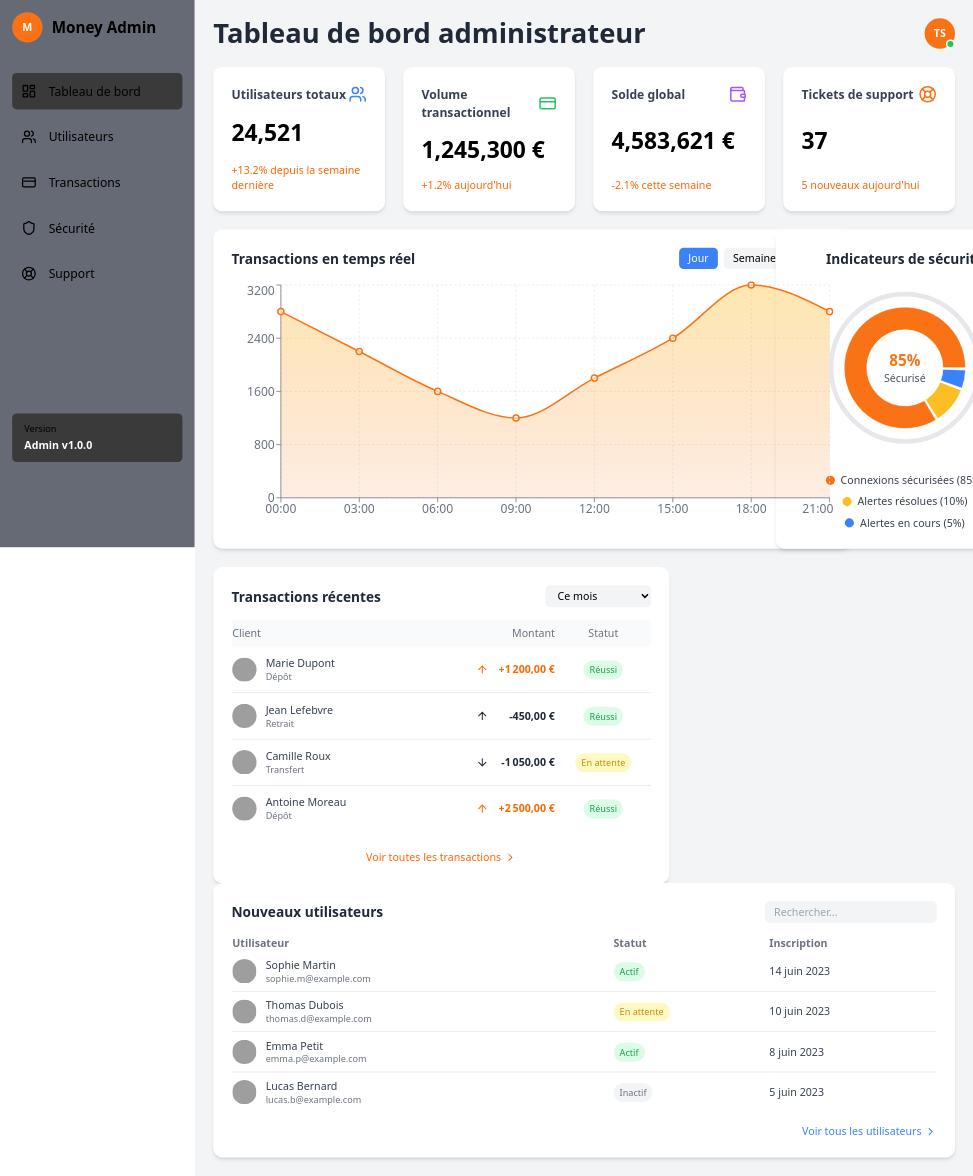
Repository: Edongo999/Dashboard
Page: /
These files come from the project's save history. The page is drawn as it stood at one moment and after the next save; the edit follows.
The browser window is 1280 px wide. The pictures show the whole page, at 76% of full size.
Pictures or frames that could not be fetched are drawn as grey boxes. The project was rebuilt for these pictures with package versions that can differ from the ones it lists, and the page was loaded fresh each time. Also part of the build but not shown: vite.config.ts.

Above is the page before, as saved 2025-10-14 12:32:05.

After the next save:
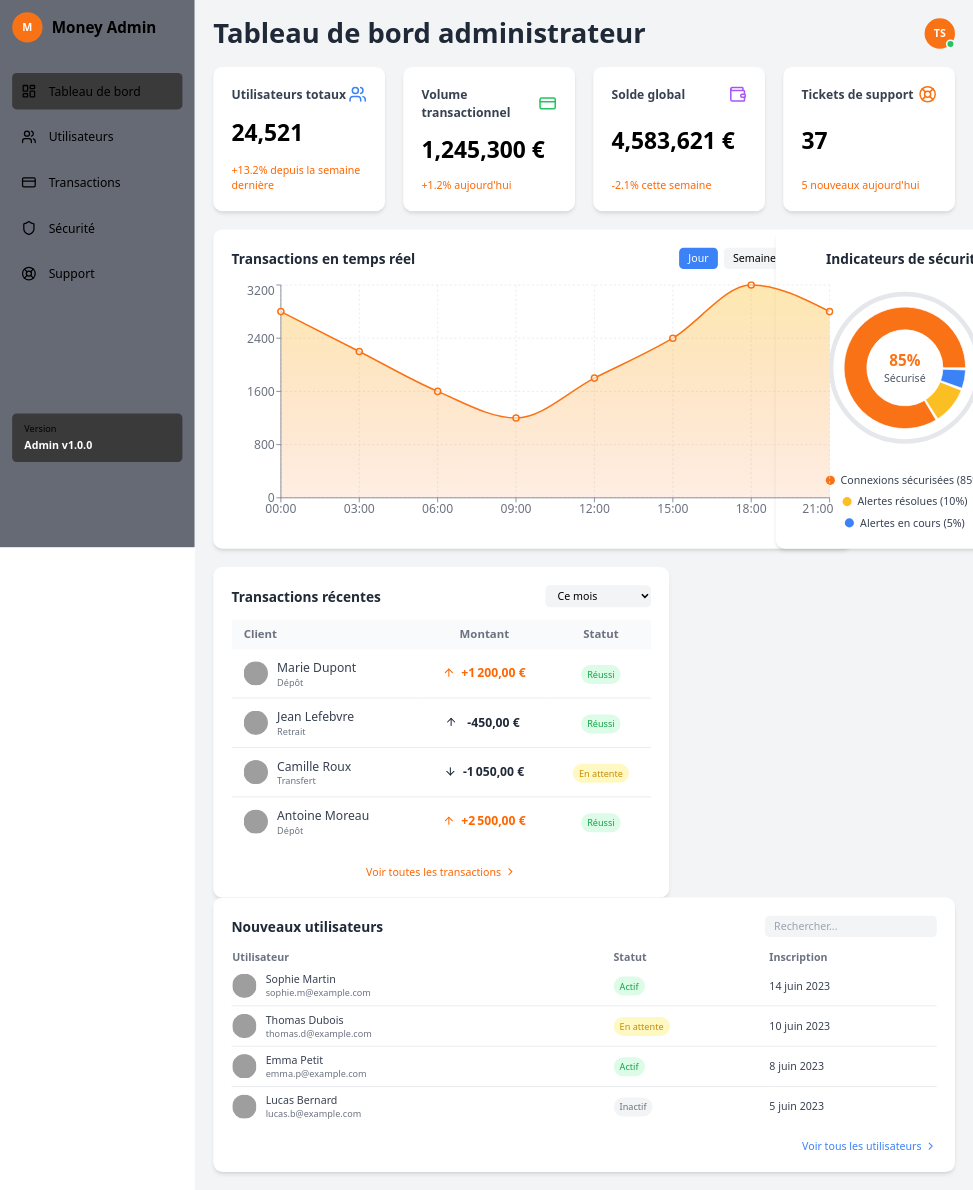
Saved 3 min 32 s later.
--- a/src/components/RecentActivity.tsx
+++ b/src/components/RecentActivity.tsx
@@ -44,12 +44,13 @@ const RecentActivity = () => {
 
       {/* ✅ Table responsive */}
       <div className="overflow-x-auto">
-        <table className="min-w-[500px] w-full text-sm text-left">
+        <table className="min-w-[500px] w-full text-[15px] text-left">
           <thead>
-            <tr className="bg-[#F9FAFB] text-gray-500">
-              <th className="py-2 font-normal">Client</th>
-              <th className="py-2 text-right font-normal">Montant</th>
-              <th className="py-2 text-center font-normal">Statut</th>
+            {/* ✅ Fond complet sur toute la ligne */}
+            <tr className="bg-[#F9FAFB] text-gray-500 font-normal">
+              <th className="py-2 px-4">Client</th>
+              <th className="py-2 px-4 text-center">Montant</th>
+              <th className="py-2 px-4 text-center">Statut</th>
             </tr>
           </thead>
           <tbody className="divide-y divide-gray-200">
@@ -60,9 +61,9 @@ const RecentActivity = () => {
               const ArrowIcon = tx.status === "Réussi" ? ArrowUp : ArrowDown
 
               return (
-                <tr key={i} className="text-gray-700 align-middle">
+                <tr key={i} className="text-gray-700 align-middle text-[16px]">
                   {/* Client + avatar + type */}
-                  <td className="py-3">
+                  <td className="py-3 px-4">
                     <div className="flex items-center gap-3">
                       <img
                         src={avatarUrl}
@@ -76,21 +77,21 @@ const RecentActivity = () => {
                     </div>
                   </td>
 
-                  {/* Montant + flèche bien alignés */}
-                  <td className="py-3 text-right">
-                    <div className="flex items-center justify-end gap-2 h-6">
+                  {/* Montant centré + flèche alignée */}
+                  <td className="py-3 px-4 text-center">
+                    <div className="inline-flex items-center justify-center gap-2 h-6">
                       <ArrowIcon
                         className="w-4 h-4 font-bold shrink-0"
                         style={{ color: arrowColor, fontWeight: "bold" }}
                       />
-                      <span className={`font-semibold ${amountColor} min-w-[80px] text-right`}>
+                      <span className={`font-semibold ${amountColor} min-w-[80px]`}>
                         {tx.amount}
                       </span>
                     </div>
                   </td>
 
                   {/* Statut bien centré */}
-                  <td className="py-3 text-center">
+                  <td className="py-3 px-4 text-center">
                     <span
                       className={`px-2 py-1 rounded-full text-xs font-medium ${
                         tx.status === "Réussi"
